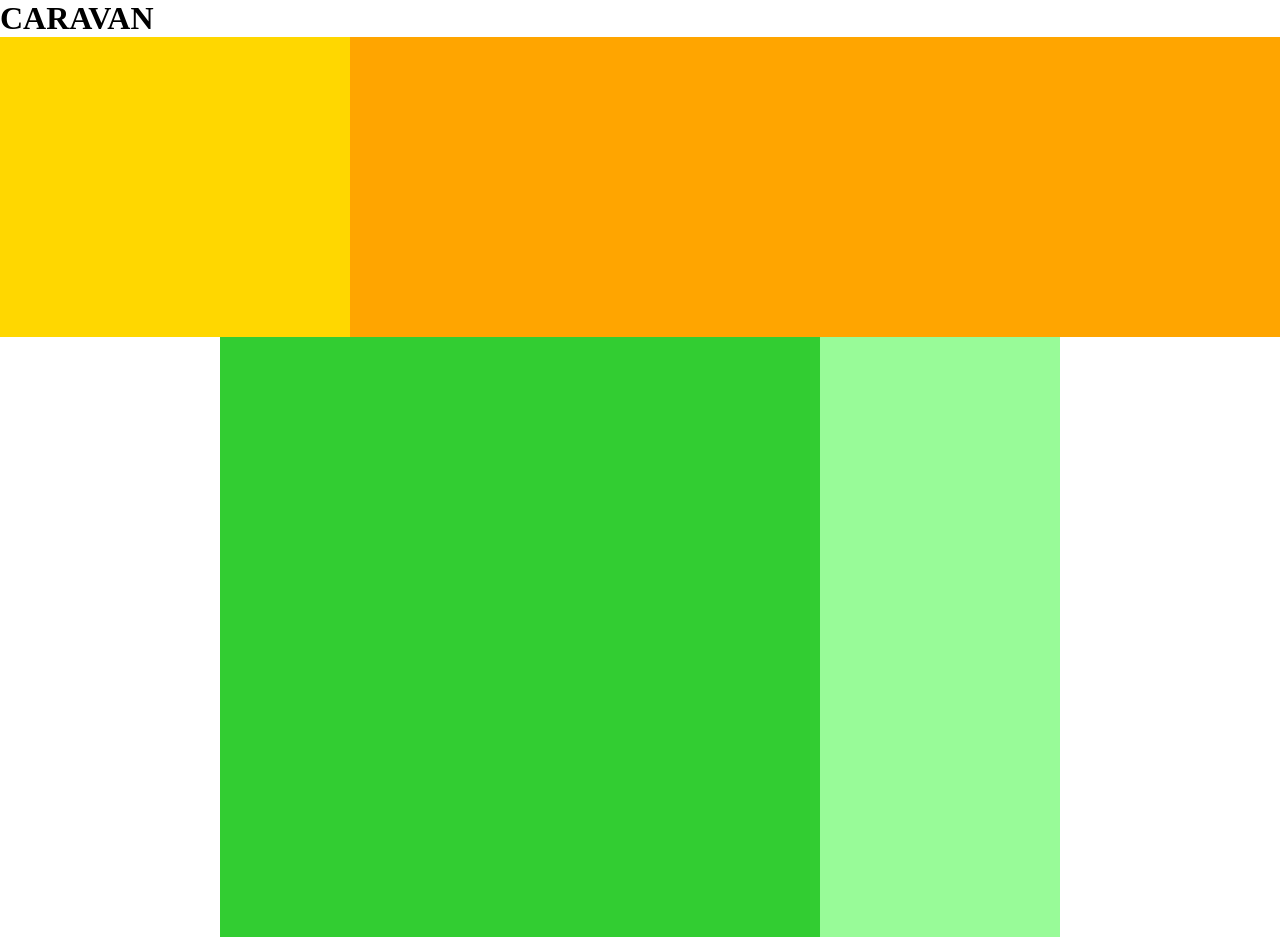
Repository: Hirotaka-DWC/dmm_webcamp_task_1
Page: caravan/index.html
The author's editor kept a record of every edit. The page is drawn from the files as they stood at one moment, then again after the next edit.
The browser window is 1280 px wide. The pictures show the whole page.

Above is the page before.

### caravan/index.html
<!DOCTYPE html>
<html lang="ja">
  <head>
    <meta charset="UTF-8" />
    <!-- CSSファイルの読み込み -->
    <link rel="stylesheet" href="style.css" />
    <title>CARAVAN</title>
  </head>

  <body>
    <!-- header -->
    <header>
      <h1 class="heading">
        CARAVAN
      </h1>
    </header>
    <div class="main-visual">
      <div class="main-visual-content"></div>
    </div>
    <div class="main">
       <div class="blog"></div>
      <div class="sidebar"></div>
    </div>
    <footer></footer>
  </body>
</html>

### caravan/style.css
/* ブラウザがそれぞれ持っているCSSをリセットするための記述 */
* {
  margin: 0;
  padding: 0;
  box-sizing: border-box;
}

.header{
  width: 100%;
  height: 120px;
  background-color: red;
}

.header-top {
  width: 100%; /* 横幅いっぱい */
  height: 70px; /* 高さ100px */
  background-color: hotpink; /* 背景色hotpink */
}

.header-bottom {
  width: 100%; /* 横幅いっぱい */
  height: 50px; /* 高さ100px */
  background-color: pink; /* 背景色pink */
}

.main-visual {
  width: 100%; /* 横幅いっぱい */
  height: 300px; /* 高さ300px */
  background-color: orange; /* 背景色orange */
}

.main-visual-content {
  width: 350px; /* 横幅350px */
  height: 300px; /* 親の高さに揃える */
  background-color: gold; /* 背景色gold */
}

.main {
  width: 840px; /* 横幅840px */
  margin:0 auto;
  display: flex; /* Flexboxの利用 */
  justify-content: center; /* 子要素の横並び・中央寄せ */
}

.blog {
  width: 600px; /* 横幅600px */
  height: 600px; /* 高さ600px */
  background-color: limegreen; /* 背景色limegreen */
}

.sidebar {
  width: 240px; /* 横幅240px */
  height: 600px; /* 高さ600px */
  background-color: palegreen; /* 背景色palegreen */
}

.footer {
  width: 100%; /* 横幅いっぱい */
  height: 120px; /* 高さ120px */
  background-color: blue; /* 背景色blue */
}

After the next edit:
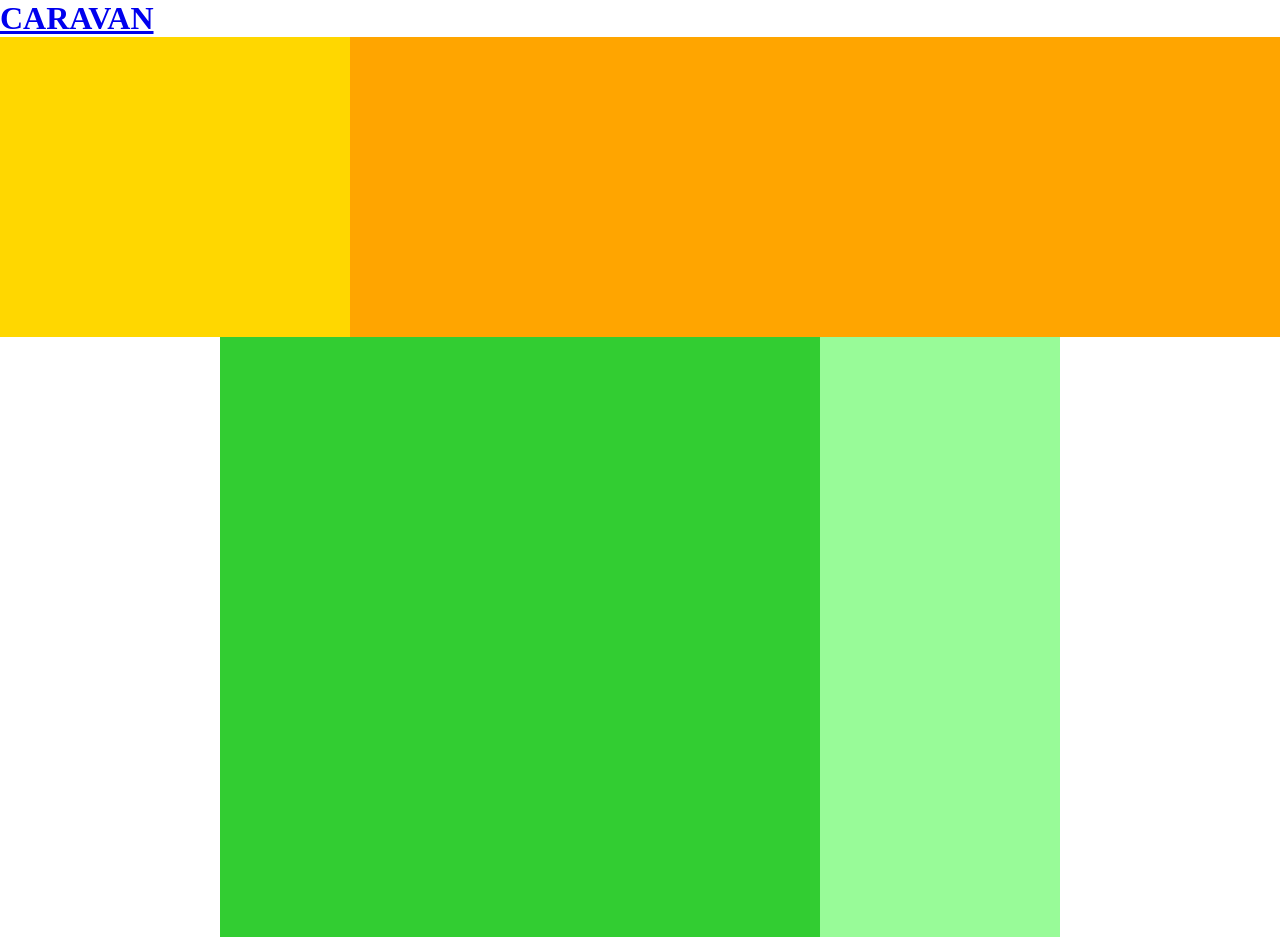
The edit:
--- a/caravan/index.html
+++ b/caravan/index.html
@@ -11,7 +11,9 @@
     <!-- header -->
     <header>
       <h1 class="heading">
-        CARAVAN
+        <a href="index.html">
+          CARAVAN
+        </a>
       </h1>
     </header>
     <div class="main-visual">
